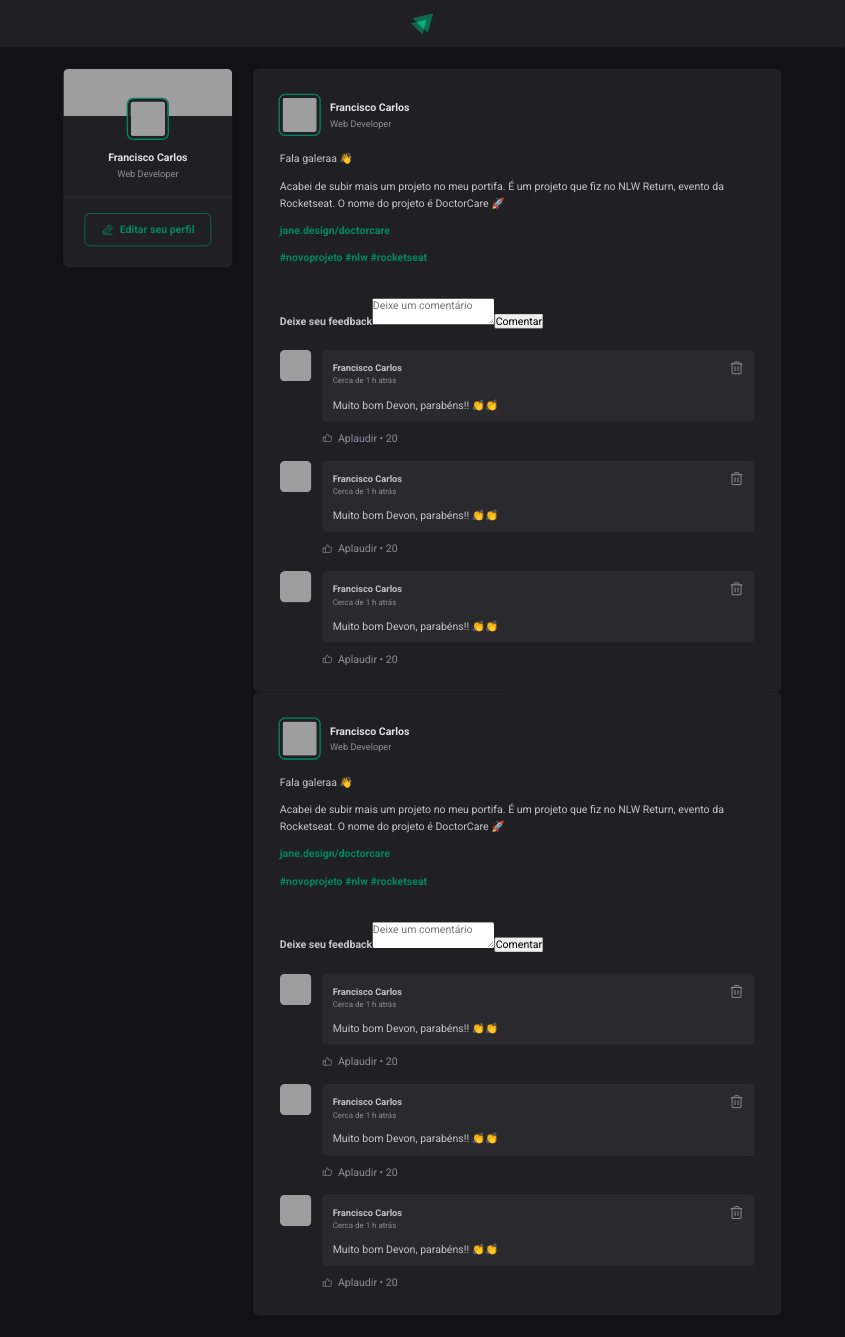
Repository: ch1coon/AulasRocketseat
Page: / (app in Ignite/aulas/01-fundamentos-reactjs/)
An editor plug-in stored every save of this project. The page is shown before and after the next save, followed by the edit.
The browser window is 1280 px wide. The pictures show the whole page, at 66% of full size.
Pictures or frames that could not be fetched are drawn as grey boxes. The project was rebuilt for these pictures with package versions that can differ from the ones it lists, and the page was loaded fresh each time. Also part of the build but not shown: Ignite/aulas/01-fundamentos-reactjs/vite.config.js.

Above is the page before, as saved 2023-08-12 08:50:22.

After the next save:
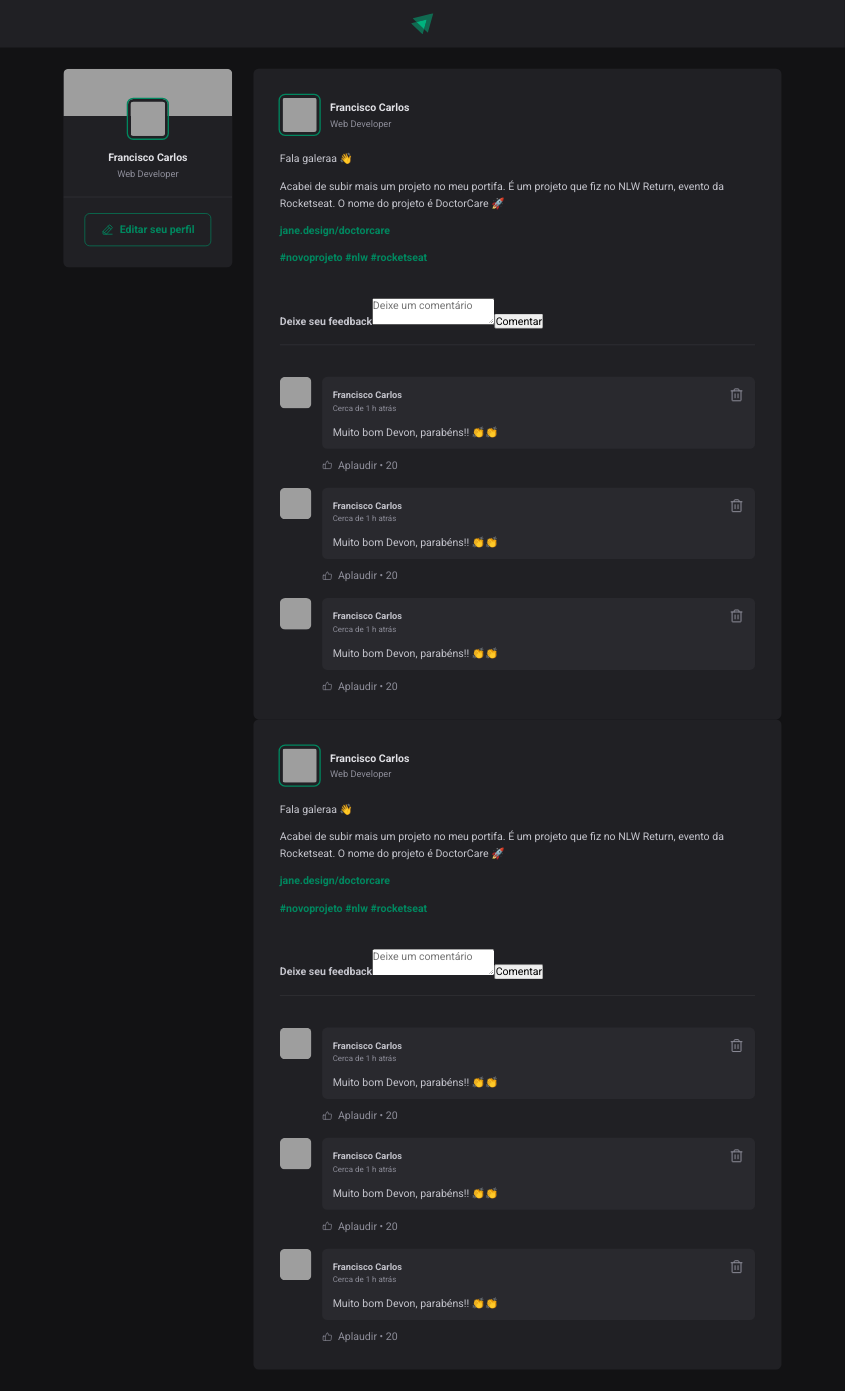
Saved 2 min 31 s later.
--- a/Ignite/aulas/01-fundamentos-reactjs/src/components/Post.module.css
+++ b/Ignite/aulas/01-fundamentos-reactjs/src/components/Post.module.css
@@ -74,5 +74,8 @@
 }
 
 .commentList {
-  margin-top: 2rem;
+  width: 100%;
+  margin-top: 1.5rem;
+  padding-top: 1.5rem;
+  border-top: 1px solid var(--gray-600);
 }
